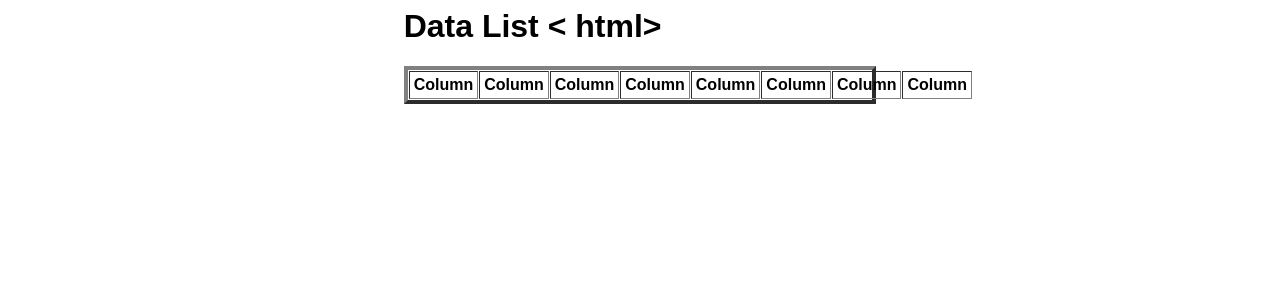
Repository: AdityaTech-Pro/FullStackWithBridgelabz
Page: Assignment2/Data_List/index.html
The author's editor kept a copy of each file at every save. The page is drawn from the files as they stood at one save, then again after the next save.
The browser window is 1280 px wide. The pictures show the whole page.

Above is the page before, as saved 2025-10-15 09:16:35.

After the next save:
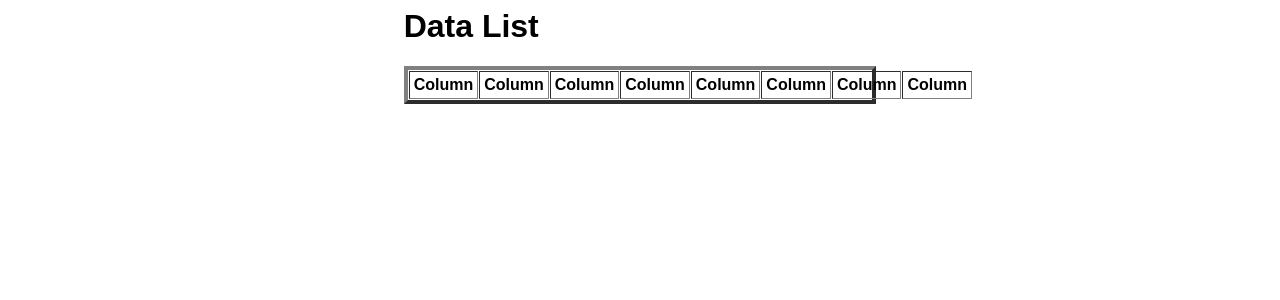
Saved 7 s later.
--- a/Assignment2/Data_List/index.html
+++ b/Assignment2/Data_List/index.html
@@ -21,9 +21,6 @@
 <body>
     <table border="4" cellspacing="1" cellpadding="4" class="center">
         <h1 class="center">Data List
-            < html>
-                <html>
-
         </h1>
         <tr>
             <th>Column</th>
